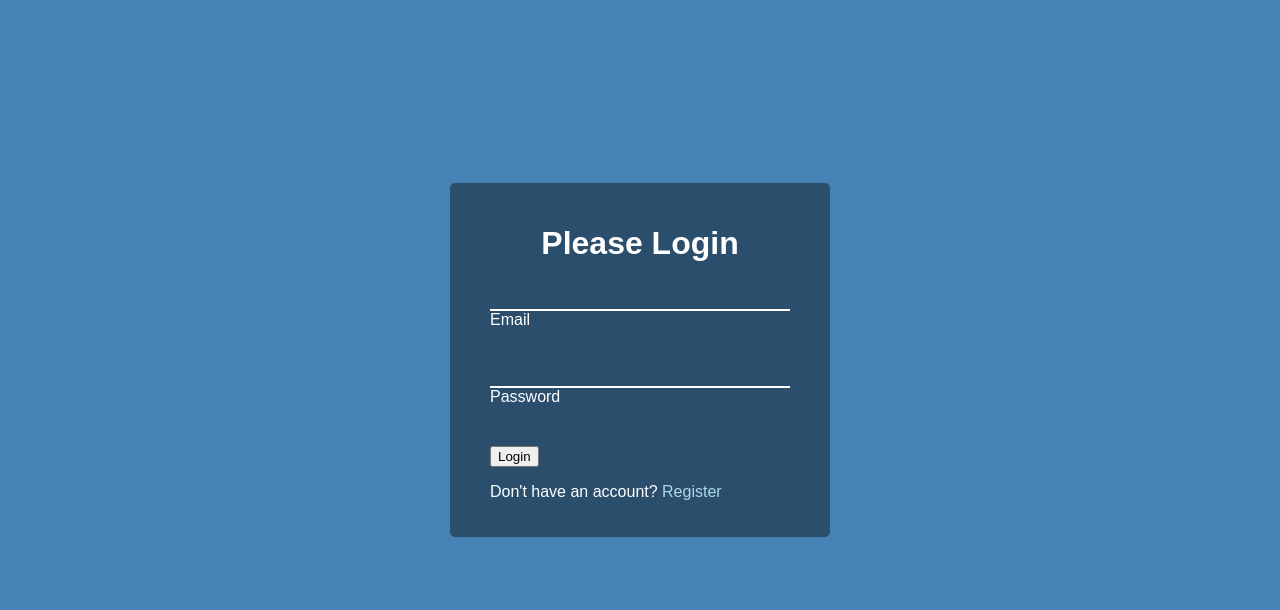
Repository: thecoachanna/form-animation
Page: index.html
The author's editor kept a copy of each file at every save. The page is drawn from the files as they stood at one save, then again after a run of saves.
The browser window is 1280 px wide. The pictures show the whole page.
Some web fonts or font styles are not loaded; a fallback is used.

Above is the page before, as saved 2023-02-26 09:56:53.

### index.html
<!DOCTYPE html>
<html lang="en">
<head>
    <meta charset="UTF-8">
    <meta http-equiv="X-UA-Compatible" content="IE=edge">
    <meta name="viewport" content="width=device-width, initial-scale=1.0">
    <link rel="stylesheet" href="style.css">
    <title>Wave Animation</title>
</head>
<body>
    <div class="container">
        <h1>Please Login</h1>
        <form>
            <div class="form-control">
                <input type="text" required>
                <label>Email</label>
            </div>
            <div class="form-control">
                <input type="password" required>
                <label>Password</label>
            </div>
            <button class="btn">Login</button>

            <p class="text">Don't have an account? <a href="#">Register</a></p>
        </form>
    </div>
    <script src="script.js"></script>
</body>
</html>

### style.css
@import url('https://fonts.googleapis.com/css?family=Muli&display=swap');


* {
    box-sizing: border-box;
}

body {
    background-color: steelblue;
    color: white;
    font-family: 'Muli', sans-serif;
    display: flex;
    flex-direction: column;
    align-items: center;
    justify-content: center;
    height: 100vh;
    overflow: hidden;
    margin: 0;
}

.container {
    background-color: rgba(0,0,0,0.4);
    padding: 20px 40px;
    border-radius: 5px;
}

.container h1 {
    text-align: center;
    margin-bottom: 30px;
}

.container a {
    text-decoration: none;
    color: lightblue;
}

.form-control {
    position: relative;
    margin: 20px 0 40px;
    width: 300px;
}

.form-control input {
    background-color: transparent;
    border: 0;
    border-bottom: 2px #fff solid;
    display: block;
    width: 100%;

}

Loaded but not shown: script.js (no copy from this time; the picture is the same without it)

After the next 5 saves:
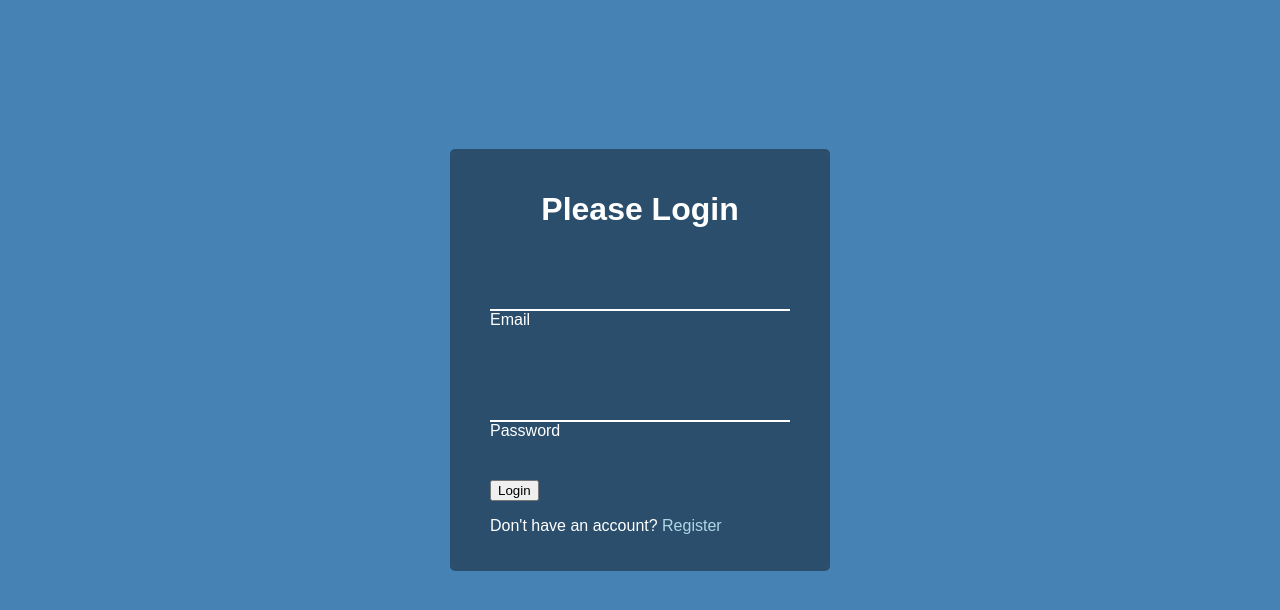
The 5 saves are shown as one change because they came seconds apart.
The last was saved 12 s later.
--- a/style.css
+++ b/style.css
@@ -46,5 +46,6 @@ body {
     border-bottom: 2px #fff solid;
     display: block;
     width: 100%;
-
+    padding: 15px 0;
+    font-size: 18px;
 }
